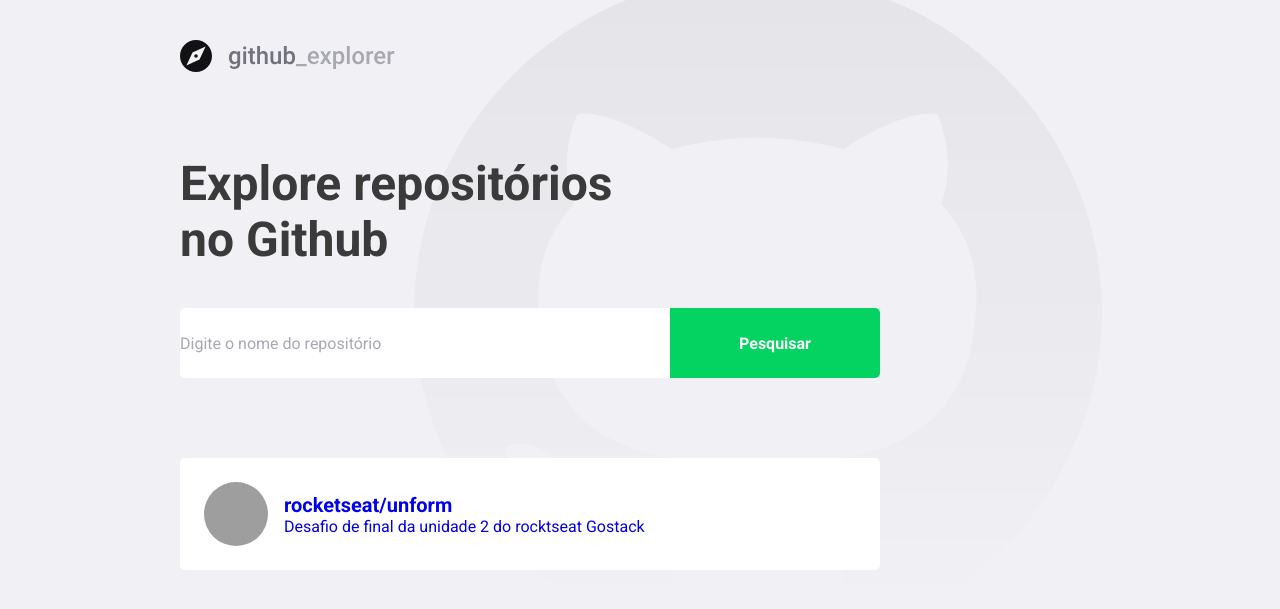
Repository: ramonmjr/projeto-repositorios-git-react
Page: /
These files come from the project's save history. The page is drawn as it stood at one moment and after the next save; the edit follows.
The browser window is 1280 px wide. The pictures show the whole page.
Pictures or frames that could not be fetched are drawn as grey boxes. The project was rebuilt for these pictures with package versions that can differ from the ones it lists, and the page was loaded fresh each time. A package was used in the major version that the imports need, not the one package.json lists. Also part of the build but not shown: src/pages/Repository/index.tsx.

Above is the page before, as saved 2020-10-21 17:50:20.

### public/index.html
<!DOCTYPE html>
<html lang="en">

<head>
  <meta charset="utf-8" />
  <link rel="icon" href="%PUBLIC_URL%/favicon.ico" />
  <meta name="viewport" content="width=device-width, initial-scale=1" />
  <meta name="theme-color" content="#3A3A3A" />

  <title>Github Explorer</title>
  <link href="https://fonts.googleapis.com/css2?family=Roboto:wght@400;700&display=swap" rel="stylesheet">
</head>

<body>
  <noscript>You need to enable JavaScript to run this app.</noscript>
  <div id="root"></div>
</body>

</html>

### src/App.tsx
import React from 'react';
import { BrowserRouter } from 'react-router-dom';
import GlobalStyle from './styles/global';

import Routes from './routes';

const App: React.FC = () => (
  <>
    <BrowserRouter>
      <Routes />
    </BrowserRouter>
    <GlobalStyle />
  </>
);

export default App;

### src/styles/global.ts
import { createGlobalStyle } from 'styled-components';
import githubBackground from '../assets/github-background.svg';

export default createGlobalStyle`
* {
  margin: 0;
  padding: 0;
  outline: 0;
  box-sizing: border-box;
}
body {
  background: #f0f0f5 url(${githubBackground}) no-repeat 70% top;
  -webkit-font-smoothing: antialiased;
}

body, input, button {
  font: 16px Roboto, sans-serif;
}

#root {
  max-width: 960px;
  margin: 0 auto;
  padding: 40px 20px;
}

button {
  cursor: pointer;
}
`;

### src/pages/Dashboard/index.tsx
import React from 'react';
import { Title, Form, Repositories } from './styles';
import logoImg from '../../assets/logo.svg';

const Dashboard: React.FC = () => (
  <>
    <img src={logoImg} alt="Github Explorer" />
    <Title>Explore repositórios no Github</Title>
    <Form>
      <input placeholder="Digite o nome do repositório" />
      <button type="submit">Pesquisar</button>
    </Form>
    <Repositories>
      <a href="teste">
        <img
          src="https://avatars1.githubusercontent.com/u/12487554?s=400&v=4"
          alt="Ramon Marques"
        />
        <div>
          <strong>rocketseat/unform</strong>
          <p>Desafio de final da unidade 2 do rocktseat Gostack</p>
        </div>
      </a>
    </Repositories>
  </>
);

export default Dashboard;

### src/pages/Dashboard/styles.ts
import styled from 'styled-components';
import { shade } from 'polished';

export const Title = styled.h1`
  font-size: 48px;
  max-width: 450px;
  color: #3a3a3a;
  margin-top: 80px;
  line-height: 56px;
`;

export const Form = styled.form`
  margin-top: 40px;
  max-width: 700px;
  display: flex;

  input {
    flex: 1;
    height: 70px;
    padding: 0 24;
    border: 0;
    border-radius: 5px 0 0 5px;
    color: #3a3a3a;

    &::placeholder {
      color: #a8a8b3;
    }
  }

  button {
    width: 210px;
    background: #04d361;
    border-radius: 0px 5px 5px 0px;
    border: 0;
    color: #fff;
    font-weight: bold;
    transition: background-color 0.2s;

    &:hover {
      background: ${shade(0.2, '#04d361')};
    }
  }
`;

export const Repositories = styled.div`
  margin-top: 80px;
  max-width: 700px;

  a {
    background: #fff;
    border-radius: 5px;
    width: 100%;
    padding: 24px;
    display: block;
    text-decoration: none;
    display: flex;
    align-items: center;
  }

  img {
    width: 64px;
    height: 64px;
    border-radius: 50%;
  }

  div {
    margin-left: 16px;

    strong {
      font-size: 20px;
    }
  }
`;

Loaded but not shown: src/index.tsx (common file); src/routes/index.tsx (common file)

After the next save:
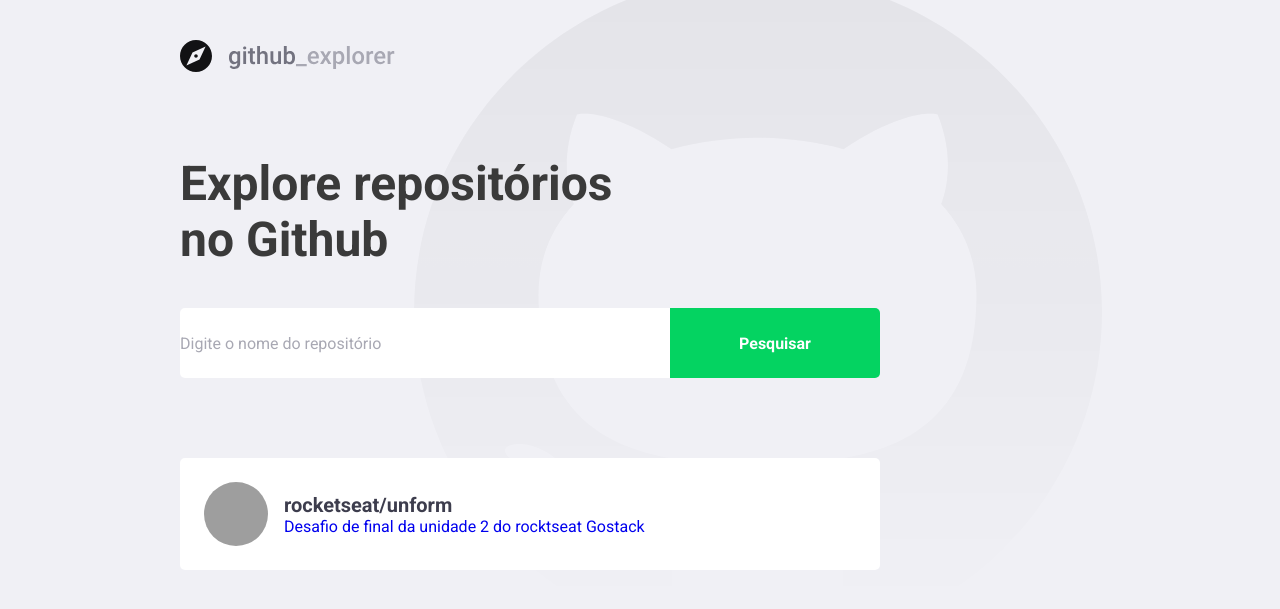
Saved 27 s later.
--- a/src/pages/Dashboard/styles.ts
+++ b/src/pages/Dashboard/styles.ts
@@ -68,6 +68,7 @@
 
     strong {
       font-size: 20px;
+      color: #3d3d4d;
     }
   }
 `;
